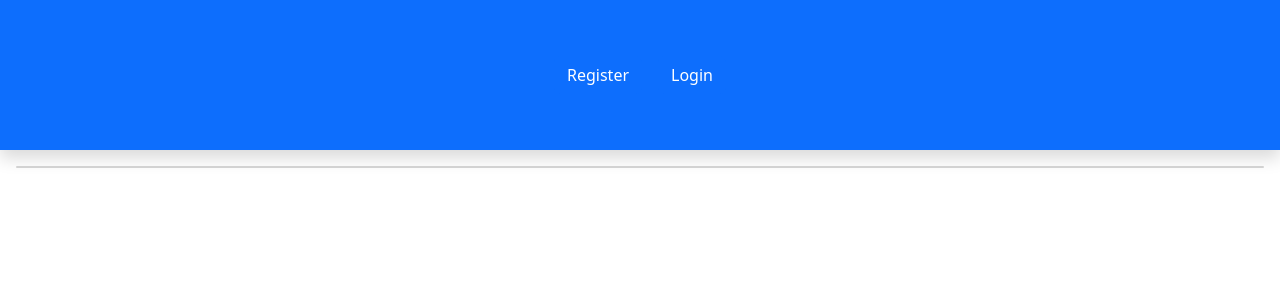
Repository: loveleii/firebase-login-logout
Page: /
These files come from the project's save history. The page is drawn as it stood at one moment and after the next save; the edit follows.
The browser window is 1280 px wide. The pictures show the whole page.
The project was rebuilt for these pictures with package versions that can differ from the ones it lists, and the page was loaded fresh each time. Also part of the build but not shown: vite.config.ts, src/views/loginView.vue, src/assets/main.css.

Above is the page before, as saved 2023-03-04 19:30:38.

After the next save:
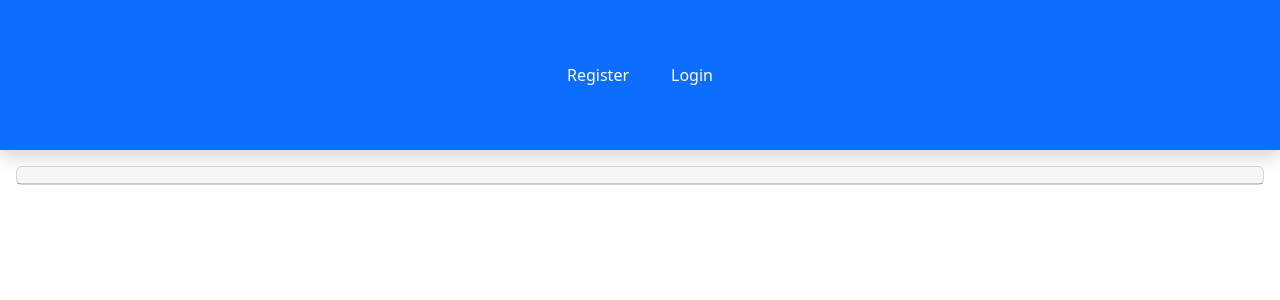
Saved 7 s later.
--- a/src/views/registerView.vue
+++ b/src/views/registerView.vue
@@ -1,6 +1,8 @@
 <template>
     <div class="card">
+        <div class="card-header">
 
+        </div>
     </div>
 </template>
 
